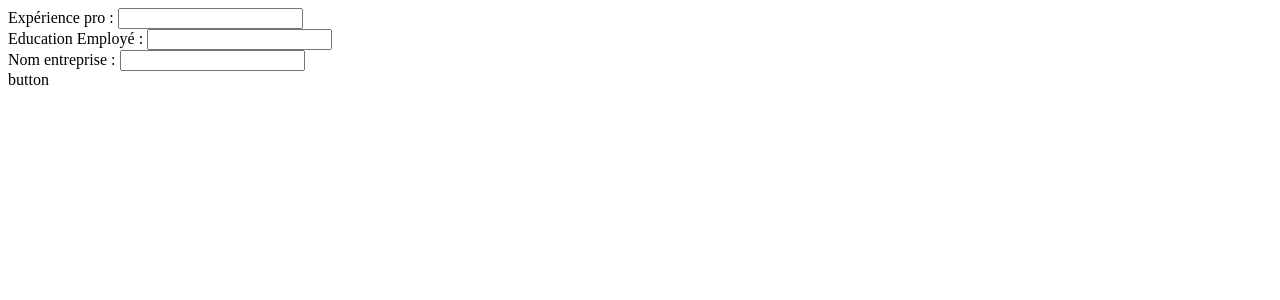
Repository: Nietsab/tp_PHP
Page: http://localhost/
The author's editor kept a copy of each file at every save. The page is drawn from the files as they stood at one save, then again after a run of saves.
The browser window is 1280 px wide. The pictures show the whole page.
The page is run by PHP 8.4 with error messages shown; the project is at /var/www/html/.

Above is the page before, as saved 2022-04-06 16:50:22.

After the next 3 saves:
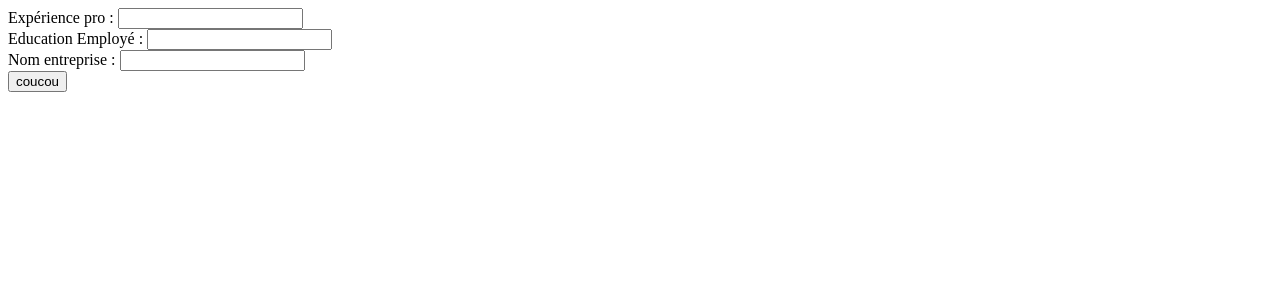
The 3 saves are shown as one change because they came seconds apart.
The last was saved 9 s later.
--- a/index.php
+++ b/index.php
@@ -49,7 +49,7 @@
 Expérience pro : <input type="text" name="experiencePro"/><br>
 Education Employé : <input type="text" name="educationEmp"/><br>
 Nom entreprise : <input type="text" name="NomEntreprise"/><br>
-button
+<button>coucou</button>
 </form>
 </body>
 </html>
